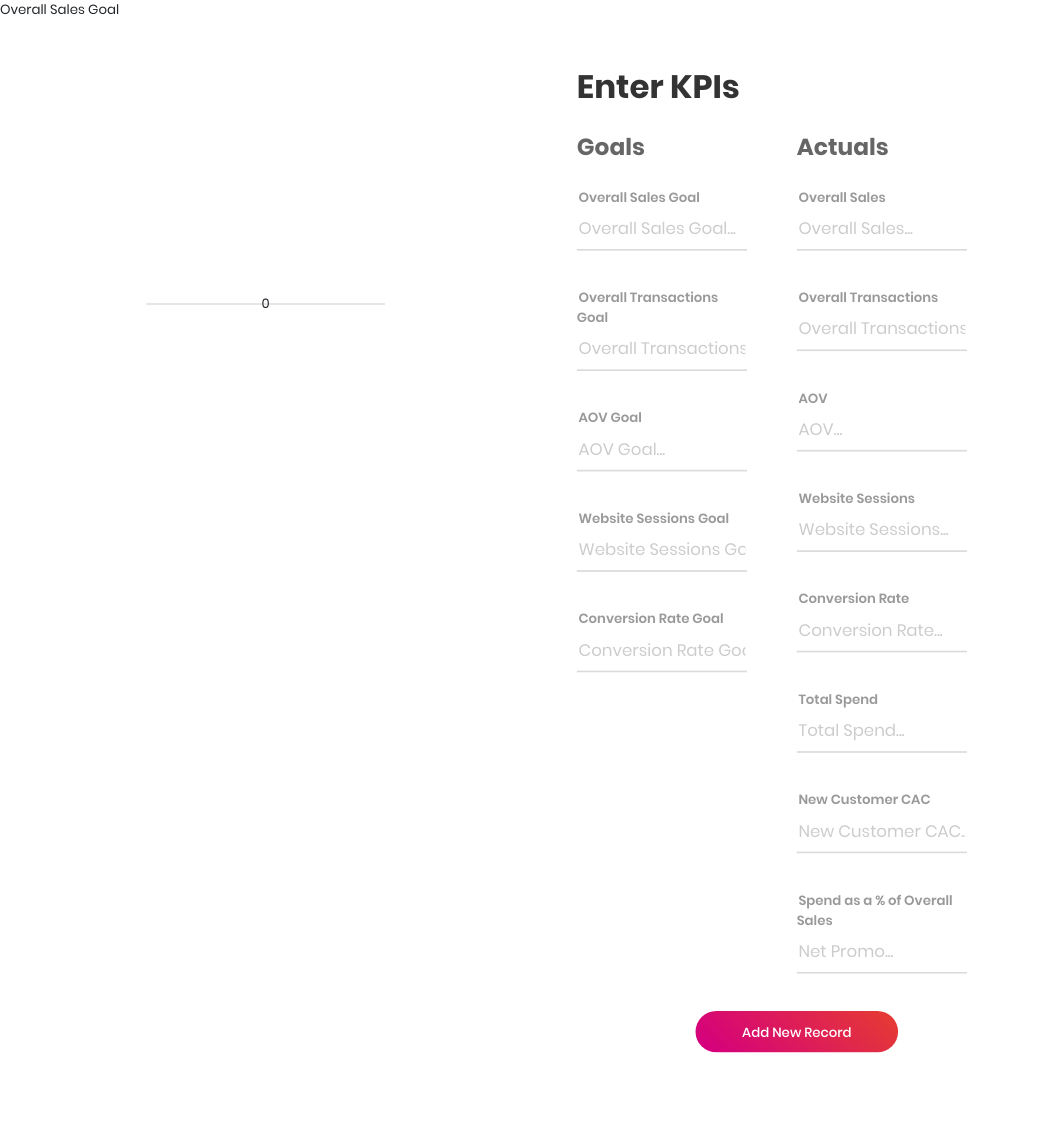
Repository: jameyel/kpi-entry
Page: index.html
These files come from the project's save history. The page is drawn as it stood at one moment and after the next save; the edit follows.
The browser window is 1280 px wide. The pictures show the whole page, at 83% of full size.
The page's requests for data from a server got no answer.

Above is the page before, as saved 2018-12-10 12:55:04.

### index.html
<!DOCTYPE html>
<html lang="en">
  <head>
    <title>EverlyWell KPIs</title>
    <meta charset="UTF-8" />
    <meta name="viewport" content="width=device-width, initial-scale=1" />
    <!--
      ===============================================================================================
    -->
    <link rel="icon" type="image/png" href="images/icons/favicon.ico" />
    <!--
      ===============================================================================================
    -->
    <link
      rel="stylesheet"
      type="text/css"
      href="vendor/bootstrap/css/bootstrap.min.css"
    />
    <!--
      ===============================================================================================
    -->
    <link
      rel="stylesheet"
      type="text/css"
      href="fonts/font-awesome-4.7.0/css/font-awesome.min.css"
    />
    <!--
      ===============================================================================================
    -->
    <link
      rel="stylesheet"
      type="text/css"
      href="fonts/Linearicons-Free-v1.0.0/icon-font.min.css"
    />
    <!--
      ===============================================================================================
    -->
    <link
      rel="stylesheet"
      type="text/css"
      href="fonts/iconic/css/material-design-iconic-font.min.css"
    />
    <!--
      ===============================================================================================
    -->
    <link rel="stylesheet" type="text/css" href="vendor/animate/animate.css" />
    <!--
      ===============================================================================================
    -->
    <link
      rel="stylesheet"
      type="text/css"
      href="vendor/css-hamburgers/hamburgers.min.css"
    />
    <!--
      ===============================================================================================
    -->
    <link
      rel="stylesheet"
      type="text/css"
      href="vendor/animsition/css/animsition.min.css"
    />
    <!--
      ===============================================================================================
    -->
    <link
      rel="stylesheet"
      type="text/css"
      href="vendor/select2/select2.min.css"
    />
    <!--
      ===============================================================================================
    -->
    <link
      rel="stylesheet"
      type="text/css"
      href="vendor/daterangepicker/daterangepicker.css"
    />
    <link rel="stylesheet" type="text/css" href="./css/loading-bar.css" />
    <!--
      ===============================================================================================
    -->
    <link rel="stylesheet" type="text/css" href="css/util.css" />
    <link rel="stylesheet" type="text/css" href="css/main.css" />
    <!--
      ===============================================================================================
    -->
  </head>
  <body>
    <div class="container-kpi100">
      <div class="kpi100-chart">
        <span>Overall Sales Goal</span>
        <div
          class="ldBar label-center ldbar-overall-sales"
          style="width:50%;height:50%;margin:auto"
        ></div>
      </div>

      <div class="wrap-kpi100">
        <form
          action="http://localhost:8080/api/v1/kpis"
          method="post"
          class="kpi100-form validate-form"
        >
          <span class="kpi100-form-title"> Enter KPIs </span>

          <div class="kpi100-form-sections">
            <div class="kpi100-form-section">
              <span class="kpi100-form-subtitle"> Goals </span>
              <div
                class="wrap-input100 validate-input"
                data-validate="Overall Sales Goal is required: 123456"
              >
                <span class="label-input100">Overall Sales Goal</span>
                <input
                  class="input100 overall-sales-goal"
                  type="text"
                  name="overall_sales_goal"
                  placeholder="Overall Sales Goal..."
                />
                <span class="focus-input100"></span>
              </div>

              <div
                class="wrap-input100 validate-input"
                data-validate="Overall Transactions Goal is required: 123456"
              >
                <span class="label-input100">Overall Transactions Goal</span>
                <input
                  class="input100"
                  type="text"
                  name="overall_transactions_goal"
                  placeholder="Overall Transactions Goal..."
                />
                <span class="focus-input100"></span>
              </div>

              <div
                class="wrap-input100 validate-input"
                data-validate="AOV Goal is required: 1234.56"
              >
                <span class="label-input100">AOV Goal</span>
                <input
                  class="input100"
                  type="text"
                  name="aov_goal"
                  placeholder="AOV Goal..."
                />
                <span class="focus-input100"></span>
              </div>

              <div
                class="wrap-input100 validate-input"
                data-validate="Website Sessions Goal is required: 123456"
              >
                <span class="label-input100">Website Sessions Goal</span>
                <input
                  class="input100"
                  type="text"
                  name="web_sessions_goal"
                  placeholder="Website Sessions Goal..."
                />
                <span class="focus-input100"></span>
              </div>

              <div
                class="wrap-input100 validate-input"
                data-validate="Conversion Rate Goal is required: 1.23"
              >
                <span class="label-input100">Conversion Rate Goal</span>
                <input
                  class="input100"
                  type="text"
                  name="conv_rate_goal"
                  placeholder="Conversion Rate Goal..."
                />
                <span class="focus-input100"></span>
              </div>
            </div>

            <div class="kpi100-form-section">
              <span class="kpi100-form-subtitle"> Actuals </span>
              <div
                class="wrap-input100 validate-input"
                data-validate="Overall Sales are required: 123456"
              >
                <span class="label-input100">Overall Sales</span>
                <input
                  class="input100 overall-sales"
                  type="text"
                  name="overall_sales"
                  placeholder="Overall Sales..."
                />
                <span class="focus-input100"></span>
              </div>

              <div
                class="wrap-input100 validate-input"
                data-validate="Overall Transactions is required: 123456"
              >
                <span class="label-input100">Overall Transactions</span>
                <input
                  class="input100"
                  type="text"
                  name="overall_transactions"
                  placeholder="Overall Transactions..."
                />
                <span class="focus-input100"></span>
              </div>

              <div
                class="wrap-input100 validate-input"
                data-validate="AOV is required: 1234.56"
              >
                <span class="label-input100">AOV</span>
                <input
                  class="input100"
                  type="text"
                  name="aov"
                  placeholder="AOV..."
                />
                <span class="focus-input100"></span>
              </div>

              <div
                class="wrap-input100 validate-input"
                data-validate="Website Sessions is required: 123456"
              >
                <span class="label-input100">Website Sessions</span>
                <input
                  class="input100"
                  type="text"
                  name="web_sessions"
                  placeholder="Website Sessions..."
                />
                <span class="focus-input100"></span>
              </div>

              <div
                class="wrap-input100 validate-input"
                data-validate="Conversion Rate is required: 1.23"
              >
                <span class="label-input100">Conversion Rate</span>
                <input
                  class="input100"
                  type="text"
                  name="conv_rate"
                  placeholder="Conversion Rate..."
                />
                <span class="focus-input100"></span>
              </div>

              <div
                class="wrap-input100 validate-input"
                data-validate="Total Spend is required: 123456"
              >
                <span class="label-input100">Total Spend</span>
                <input
                  class="input100"
                  type="text"
                  name="total_spend"
                  placeholder="Total Spend..."
                />
                <span class="focus-input100"></span>
              </div>

              <div
                class="wrap-input100 validate-input"
                data-validate="New Customer CAC is required: 12.34"
              >
                <span class="label-input100">New Customer CAC</span>
                <input
                  class="input100"
                  type="text"
                  name="new_cust_cac"
                  placeholder="New Customer CAC..."
                />
                <span class="focus-input100"></span>
              </div>

              <div
                class="wrap-input100 validate-input"
                data-validate="Net promo is required: 12.34"
              >
                <span class="label-input100"
                  >Spend as a % of Overall Sales</span
                >
                <input
                  class="input100"
                  type="text"
                  name="spend_vs_sales"
                  placeholder="Net Promo..."
                />
                <span class="focus-input100"></span>
              </div>
            </div>
          </div>

          <div class="container-kpi100-form-btn">
            <div class="wrap-kpi100-form-btn">
              <div class="kpi100-form-bgbtn"></div>
              <button type="submit" class="kpi100-form-btn">
                Add New Record
              </button>
            </div>
          </div>
        </form>
      </div>
    </div>

    <div id="dropDownSelect1"></div>

    <!--
      ===============================================================================================
    -->
    <script src="vendor/jquery/jquery-3.2.1.min.js"></script>
    <!--
      ===============================================================================================
    -->
    <script src="vendor/animsition/js/animsition.min.js"></script>
    <!--
      ===============================================================================================
    -->
    <script src="vendor/bootstrap/js/popper.js"></script>
    <script src="vendor/bootstrap/js/bootstrap.min.js"></script>
    <!--
      ===============================================================================================
    -->
    <script src="vendor/select2/select2.min.js"></script>
    <!--
      ===============================================================================================
    -->
    <script src="vendor/daterangepicker/moment.min.js"></script>
    <script src="vendor/daterangepicker/daterangepicker.js"></script>
    <!--
      ===============================================================================================
    -->
    <script src="vendor/countdowntime/countdowntime.js"></script>
    <!--
      ===============================================================================================
    -->
    <script src="js/chart-custom.js"></script>
    <!--
      ===============================================================================================
    -->
    <script type="text/javascript" src="./js/loading-bar.js"></script>
    <script src="js/main.js"></script>
  </body>
</html>

### css/loading-bar.css
.ldBar {
  position: relative;
}
.ldBar.label-center > .ldBar-label {
  position: absolute;
  top: 50%;
  left: 50%;
  -webkit-transform: translate(-50%, -50%);
  transform: translate(-50%, -50%);
  text-shadow: 0 0 3px #fff;
}
.ldBar.no-percent .ldBar-label:after {
  content: '';
}

### js/chart-custom.js
$(document).ready(() => {
  $.get('http://localhost:8080/api/v1/kpis', (response, status) => {
    if (response.data) {
      response.data.sort((a, b) => {
        return new Date(b.create_date) - new Date(a.create_date);
      });
      createCharts(response.data[0]);
    }
  });
});

function createCharts(data) {
  const osVal = data.overall_sales;
  const osgVal = data.overall_sales_goal;
  if (osVal && osgVal) {
    const percentage = Math.floor((osVal / osgVal) * 100);
    if (percentage > 100) {
      var fullbar = new ldBar('.ldbar-overall-sales', {
        preset: 'rainbow',
        max: percentage,
        value: percentage
      });
      fullbar.set(percentage);
    } else {
      var bar = new ldBar('.ldbar-overall-sales', {
        preset: 'energy',
        value: percentage
      });
      bar.set(percentage);
    }
  }
}

Loaded but not shown: vendor/bootstrap/css/bootstrap.min.css (library); fonts/font-awesome-4.7.0/css/font-awesome.min.css (library); fonts/Linearicons-Free-v1.0.0/icon-font.min.css (library); fonts/iconic/css/material-design-iconic-font.min.css (library); vendor/animate/animate.css (library); vendor/css-hamburgers/hamburgers.min.css (library); vendor/animsition/css/animsition.min.css (library); vendor/select2/select2.min.css (library); vendor/daterangepicker/daterangepicker.css (library); vendor/jquery/jquery-3.2.1.min.js (library); vendor/animsition/js/animsition.min.js (library); vendor/bootstrap/js/popper.js (library); vendor/bootstrap/js/bootstrap.min.js (library); vendor/select2/select2.min.js (library); vendor/daterangepicker/moment.min.js (library); vendor/daterangepicker/daterangepicker.js (library); vendor/countdowntime/countdowntime.js (common file); js/loading-bar.js (803 lines, source omitted); js/main.js (94 lines, source omitted); css/util.css (2984 lines, source omitted); css/main.css (559 lines, source omitted)

After the next save:
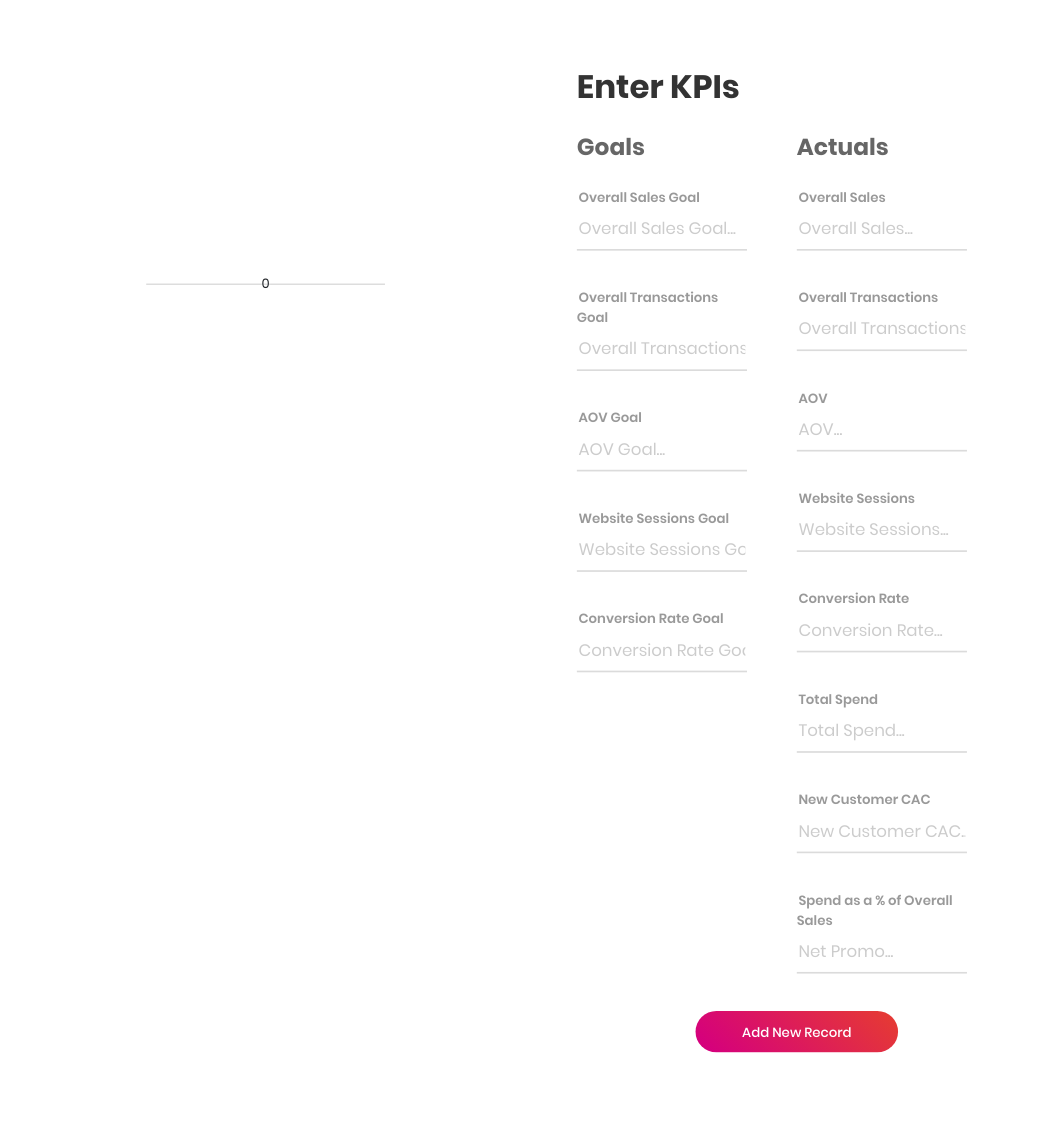
Saved 3 min 53 s later.
--- a/index.html
+++ b/index.html
@@ -89,7 +89,6 @@
   <body>
     <div class="container-kpi100">
       <div class="kpi100-chart">
-        <span>Overall Sales Goal</span>
         <div
           class="ldBar label-center ldbar-overall-sales"
           style="width:50%;height:50%;margin:auto"
--- a/js/chart-custom.js
+++ b/js/chart-custom.js
@@ -17,14 +17,14 @@ function createCharts(data) {
     if (percentage > 100) {
       var fullbar = new ldBar('.ldbar-overall-sales', {
         preset: 'rainbow',
-        max: percentage,
-        value: percentage
+        max: percentage
+        // value: percentage
       });
       fullbar.set(percentage);
     } else {
       var bar = new ldBar('.ldbar-overall-sales', {
-        preset: 'energy',
-        value: percentage
+        preset: 'energy'
+        // value: percentage
       });
       bar.set(percentage);
     }
